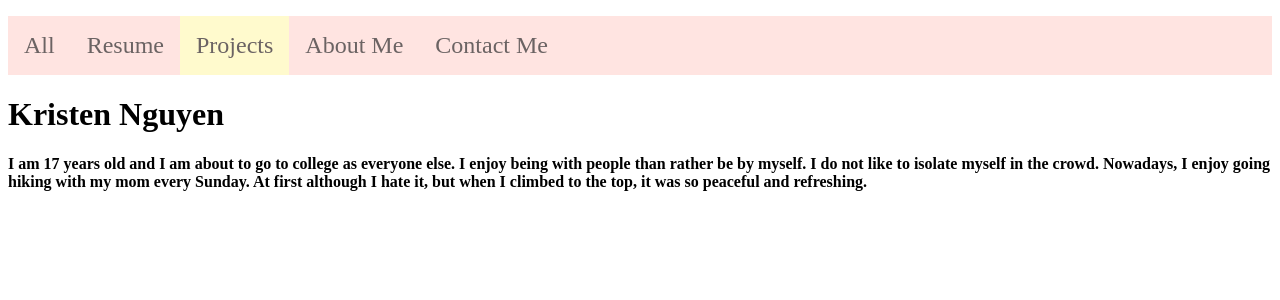
Repository: GiangNguyen2805/GiangNguyen2805.github.io
Page: aboutme.html
The author's editor kept a record of every edit. The page is drawn from the files as they stood at one moment, then again after the next edit.
The browser window is 1280 px wide. The pictures show the whole page.

Above is the page before.

After the next edit:
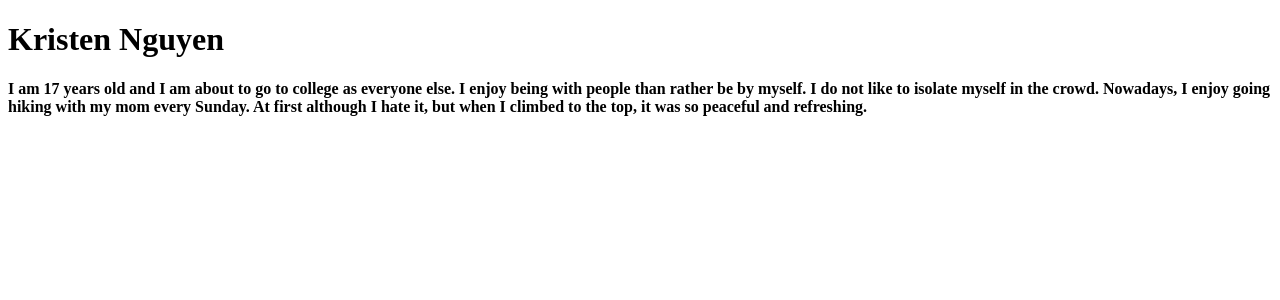
The edit:
--- a/aboutme.html
+++ b/aboutme.html
@@ -6,22 +6,8 @@
 
 </head>
 <body>
-<ul class="navbar">
-<li><a href="/index.html">All</a></li>
-<li ><a href="resume.html">Resume</a></li>
-<li class="dropdown">
-    <div class="active">Projects</div>
-    <ul class="dropdown-content">
-        <li><a href="a">Project 1</a></li>
-        <li><a href="a">Project 2</a></li>
-        <li><a href="a">Project 3</a></li>
-    </ul>
-<li><a href="about me.html">About Me</a></li>
-
-<li><a href="contact me.html">Contact Me</a></li>
 
 
-</ul>
 
     <h1>Kristen Nguyen</h1>
 
